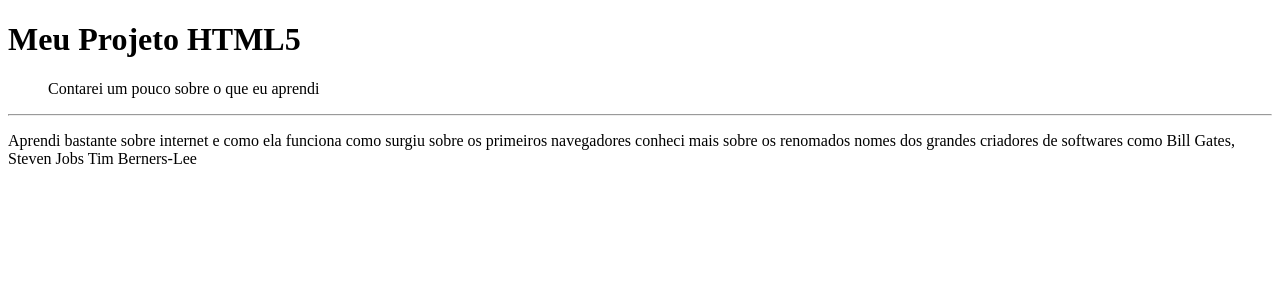
Repository: gustavotwist/meu-html
Page: index.html
An editor plug-in stored every save of this project. The page is shown before and after the next save, followed by the edit.
The browser window is 1280 px wide. The pictures show the whole page.

Above is the page before, as saved 2024-04-24 22:00:54.

After the next save:
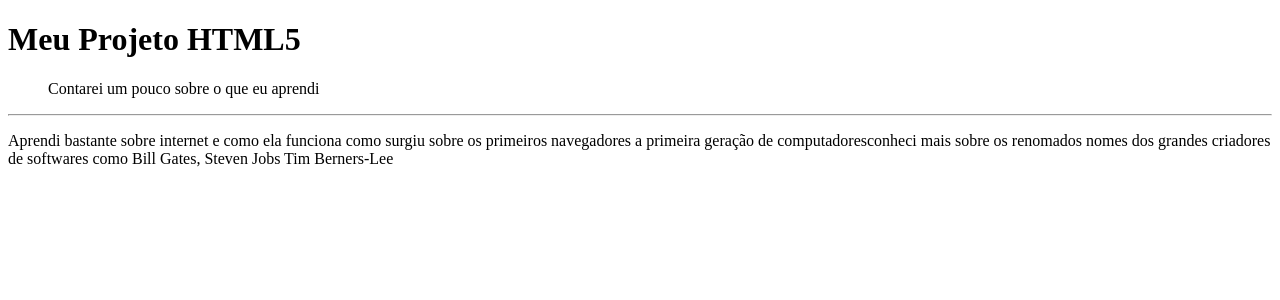
Saved 20 s later.
--- a/index.html
+++ b/index.html
@@ -9,7 +9,7 @@
     <h1>Meu Projeto HTML5</h1>
     <blockquote>Contarei um pouco sobre o que eu aprendi</blockquote><hr>
 
-    <p>Aprendi bastante sobre internet e como ela funciona como surgiu sobre os primeiros navegadores conheci mais sobre os renomados nomes dos grandes criadores de softwares como Bill Gates, Steven Jobs Tim Berners-Lee </p>
+    <p>Aprendi bastante sobre internet e como ela funciona como surgiu sobre os primeiros navegadores a primeira geração de computadoresconheci mais sobre os renomados nomes dos grandes criadores de softwares como Bill Gates, Steven Jobs Tim Berners-Lee </p>
     <p></p>
 
 
